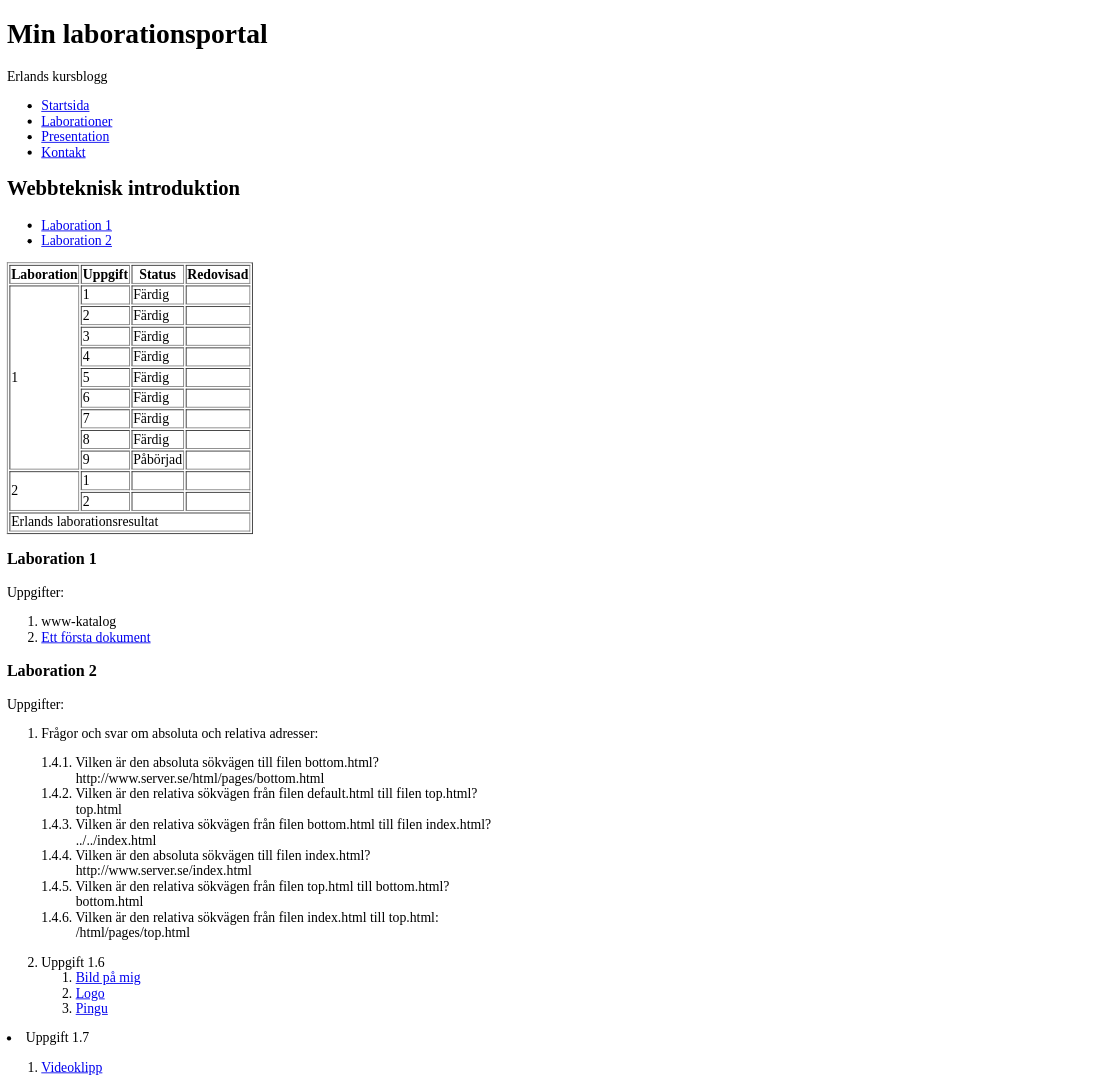
Repository: ej222ru/1IK415-laborationer
Page: pages/laborationer.html
The author's editor kept a record of every edit. The page is drawn from the files as they stood at one moment, then again after the next edit.
The browser window is 1280 px wide. The pictures show the whole page, at 86% of full size.

Above is the page before.

After the next edit:
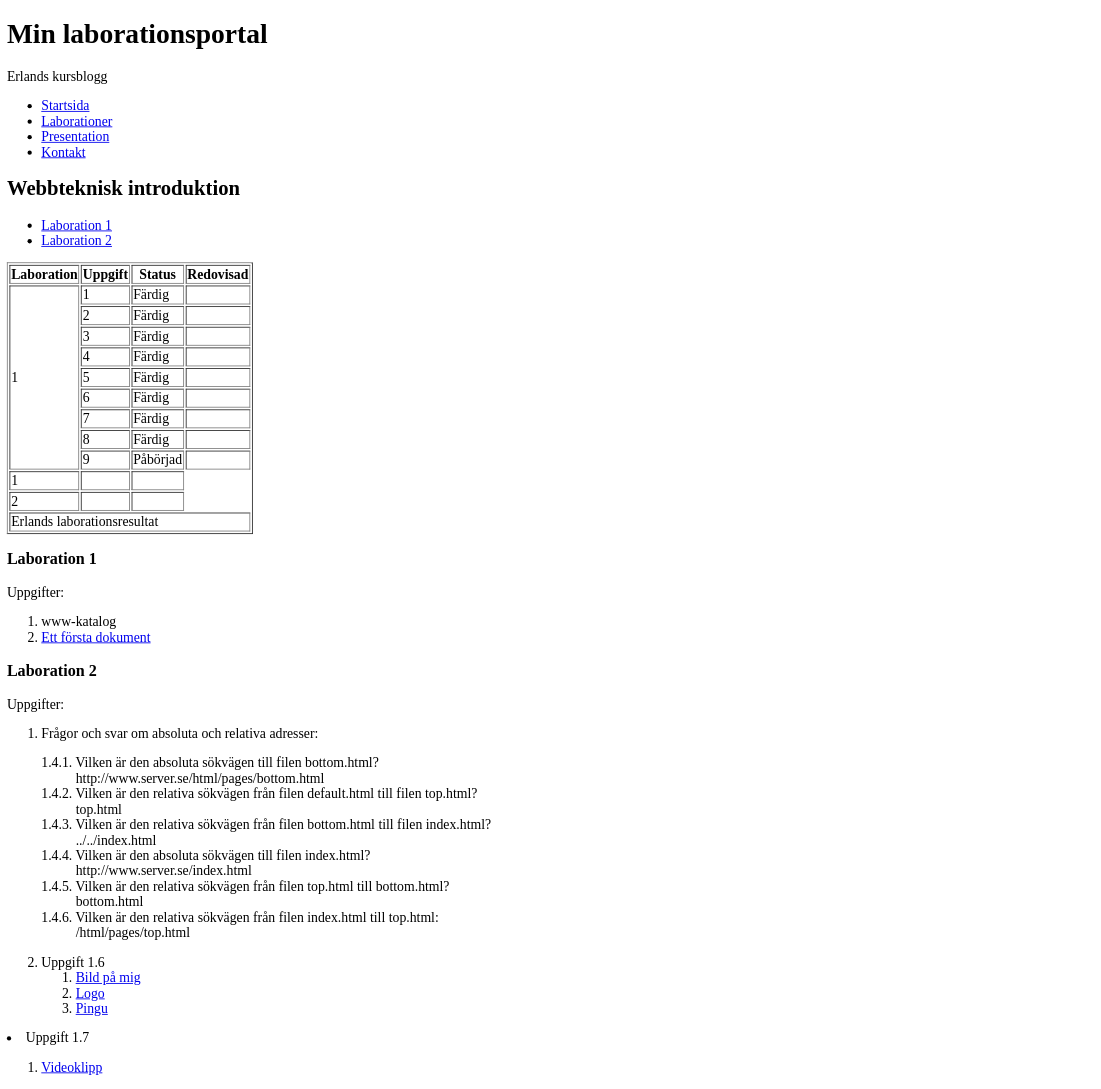
The edit:
--- a/pages/laborationer.html
+++ b/pages/laborationer.html
@@ -81,7 +81,6 @@
                     <td></td>
                 </tr>
                 <tr>
-                    <td rowspan=2>2</td></td>
                     <td>1</td>
                     <td></td>
                     <td></td>
